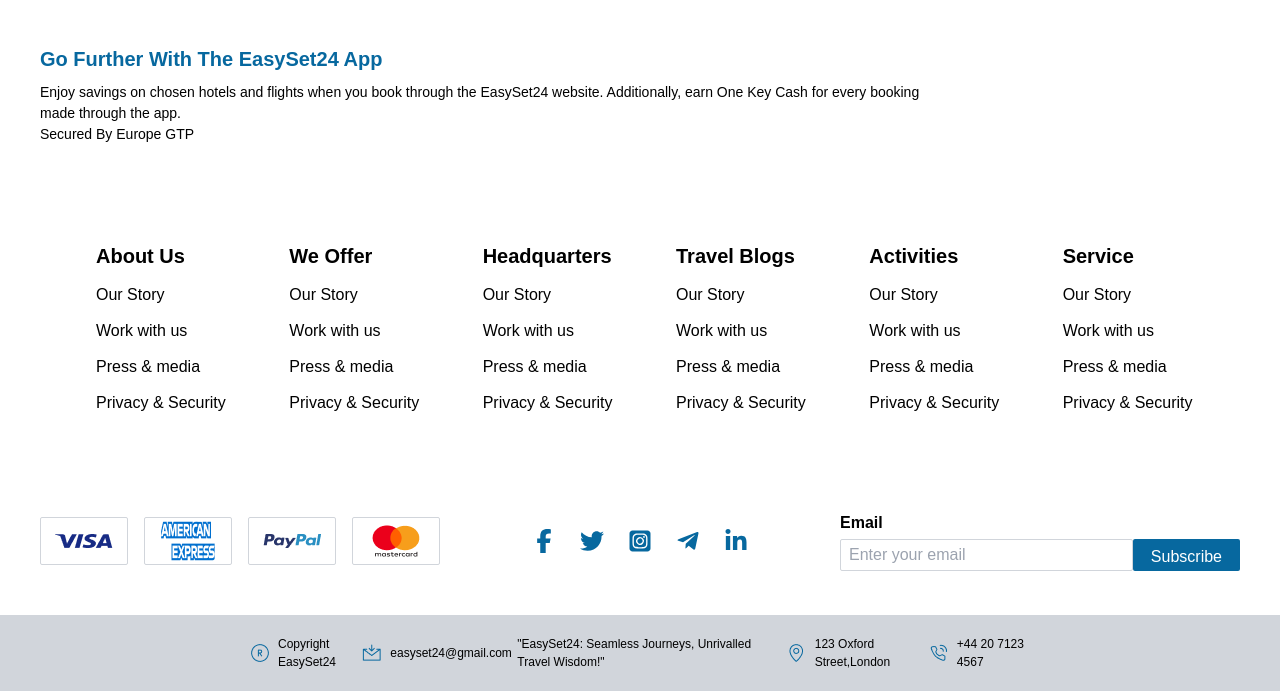
Repository: Quynhhuong150322/DIKO_STUDY_TRAVEL_WEB
Page: /
These files come from the project's save history. The page is drawn as it stood at one moment and after the next save; the edit follows.
The browser window is 1280 px wide. The pictures show the part of the page from y = 4838 to 5529 px (the page is 5529 px tall before and 5521 px after).
The project was rebuilt for these pictures with package versions that can differ from the ones it lists, and the page was loaded fresh each time. Also part of the build but not shown: src/components/Login.js, src/components/Register.js. Imported but missing from the stored project, and not drawn on this page: src/redux/slices/authSlice.

Above is the page before, as saved 2024-02-26 10:32:22.

### src/index.css
@tailwind base;
@tailwind components;
@tailwind utilities;

@import url("https://fonts.googleapis.com/css2?family=Poppins:wght@100;300;400;500;600&display=swap");

@layer base {
  html {
    font-family: "Poppins", sans-serif;
  }
  * {
    margin: 0;
    padding: 0;
    box-sizing: border-box;
    scroll-behavior: smooth;
    /* background-color: #F9F9F9; */
  }
}

@layer components {
  .max-container {
    max-width: 1260px;
    /* min-height: 100vh; */
    margin: 0 auto;
    padding: 0 30px;
    /* display: flex; */
    /* flex-direction: column; */
    justify-content: space-between;
  }
  .button {
    width: 189px;
    /* height: 40px; */
    border-style: solid;
    border-width: 2px;
    border-color: #07689F;
    color: #07689F;
  }
  .tabMenu {
    width: 121px;
    height: 40px;
    color: #D9D9D9;
    border-style: solid;
    border-width: 2px;
    border-color: #D9D9D9;
    color: #D9D9D9;
    border-radius: 9999px;
  }
  .tabSearch {
    /* max-width: 1190px; */
    height: 56px;
    border-style: solid;
    border-width: 1px;
    border-color: #D9D9D9;
    padding: 0 16px;
    font-size: 12px;
  }

}

### src/App.js
import React from "react";
import Navbar from "./components/Navbar";
import Footer from "./components/Footer";
import AppRoutes from "./routes/AppRoutes";
import { BrowserRouter as Router } from "react-router-dom";
import CopyRight from "./components/CopyRight";

const App = () => {
  return (
    <Router>
      <div className="">
        <div className="max-container">
          <Navbar />
        </div>
        <div>
          <AppRoutes />
        </div>
        <div className="max-container">
          <Footer />
        </div>
        <div >
          <CopyRight />
        </div>
      </div>
    </Router>
  );
};

export default App;

### src/redux/store.js
import { configureStore } from "@reduxjs/toolkit";
import authReducer from "./slices/authSlice";

export const store = configureStore({
  reducer: {
    users: authReducer,
  },
});

### src/components/Navbar.js
import React from 'react'
import Logo from '../assets/images/Header/Logo.png'
import EL from '../assets/images/Header/England.png'
import { FaRegQuestionCircle } from "react-icons/fa";
import { LuSearch } from "react-icons/lu";

const MenuData = [
    {
        id: 1,
        name: 'Trip',
    },
    {
        id: 2,
        name: '%Deals',
    },
    {
        id: 3,
        name: 'Hotel',
    },
    {
        id: 4,
        name: 'Flight',
    },
    {
        id: 5,
        name: 'Apartment',
    },
    {
        id: 6,
        name: 'Camper',
    },
]

const Navbar = () => {
    return (
        <div className='bg-neutral py-[24px]'>
            <div className="flex flex-col gap-10">
                {/* Header Section  */}
                <div className='flex gap-2 items-center'>
                    <img src={Logo} alt="" />
                    <div className='flex gap-7 items-center'>
                        <div className="flex gap-1 items-center">
                            <FaRegQuestionCircle className='text-primary' />
                            <img src={EL} alt="" className='w-7 h-7' />
                            {/* Search  */}
                            <div className="relative flex items-center">
                                <input
                                    type="text"
                                    placeholder="search"
                                    className="w-[605px] h-[32px] rounded-sm border border-gray-300 px-2 py-1 focus:outline-none focus:border-1 focus:border-primary"
                                />
                                <LuSearch className="text-gray-500 group-hover:text-primary absolute top-1/2 -translate-y-1/2 right-3 cursor-pointer" />
                            </div>
                        </div>
                        <div className='flex gap-2 items-center'>
                            <button className='button border-primary bg-neutral hover:scale-105 py-2 px-4 rounded-sm'>
                                Sing In
                            </button>
                            <button className='button border-primary bg-neutral hover:scale-105 py-2 px-4 rounded-sm'>
                                Register
                            </button>
                        </div>
                    </div>
                    <div>
                    </div>
                </div>
                {/* Upper Nav  */}
                <div className=''>
                    <div className=' '>
                        <ul className='flex justify-center gap-4'>
                            {
                                MenuData.map((data) => (
                                    <button key={data.id} className='text-pri tabMenu focus:bg-primary focus:text-white focus:font-bold focus:border-primary inline-block hover:text-primary' >
                                        {data.name}
                                    </button>
                                ))
                            }
                        </ul>
                    </div>
                </div>
            </div>
        </div>
    )
}

export default Navbar

### src/components/Footer.js
import React from 'react'
import img1 from '../assets/images/Footer/visa-logo.png'
import img2 from '../assets/images/Footer/Amex.png'
import img3 from '../assets/images/Footer/International.png'
import img4 from '../assets/images/Footer/Masterrcard.png'
import { FaFacebookF } from "react-icons/fa6";
import { FaTwitter } from "react-icons/fa";
import { FaSquareInstagram } from "react-icons/fa6";
import { FaTelegramPlane } from "react-icons/fa";
import { FaLinkedinIn } from "react-icons/fa6";
// import { CiMail } from "react-icons/ci";


const AboutUsList = [
  {
    id: 1,
    title: "Our Story",
    link: "/#",
  },
  {
    id: 2,
    title: "Work with us",
    link: "/#",
  },
  {
    id: 3,
    title: "Press & media",
    link: "/#",
  },
  {
    id: 4,
    title: "Privacy & Security",
    link: "/#",
  },
]
const ImgList = [
  {
    id: 1,
    img: img1,
  },
  {
    id: 2,
    img: img2,
  },
  {
    id: 3,
    img: img3,
  },
  {
    id: 4,
    img: img4,
  }
]
const IconsList = [
  {
    id: 1,
    icon: FaFacebookF,
  },
  {
    id: 2,
    icon: FaTwitter,
  },
  {
    id: 3,
    icon: FaSquareInstagram,
  },
  {
    id: 4,
    icon: FaTelegramPlane,
  },
  {
    id: 5,
    icon: FaLinkedinIn,
  },
]


const Footer = () => {
  return (
    <div className='py-11'>
      <div className='flex flex-col gap-16'>
        <div className='flex'>
          <div className='basis-9/12 flex flex-col gap-2'>
            <h2 className='font-bold text-primary text-xl'>
              Go Further With The EasySet24 App
            </h2>
            <div className='text-ba'>
              <p className=''>
                Enjoy savings on chosen hotels and flights when you book through the EasySet24 website. Additionally, earn One Key Cash for every booking made through the app.
              </p>
              <p >
                Secured By Europe GTP
              </p>
            </div>
          </div>
        </div>
        {/* footer menu  */}
        <div className='grid grid-cols-6 sm:grid-col col-span-2 md:pl-10'>
          <div className="py-8 px-4">
            <h1 className="sm:text-xl text-xl font-bold sm:text-left text-justify mb-3">
              About Us
            </h1>
            <ul className="flex flex-col gap-3">
              {AboutUsList.map((link) => (
                <li
                  className="cursor-pointer hover:text-primary hover:translate-x-1 duration-300 "
                  key={link.id}
                >
                  <span>{link.title}</span>
                </li>
              ))}
            </ul>
          </div>
          <div className="py-8 px-4">
            <h1 className="sm:text-xl text-xl font-bold sm:text-left text-justify mb-3">
              We Offer
            </h1>
            <ul className="flex flex-col gap-3">
              {AboutUsList.map((link) => (
                <li
                  className="cursor-pointer hover:text-primary hover:translate-x-1 duration-300 "
                  key={link.id}
                >
                  <span>{link.title}</span>
                </li>
              ))}
            </ul>
          </div>
          <div className="py-8 px-4">
            <h1 className="sm:text-xl text-xl font-bold sm:text-left text-justify mb-3">
              Headquarters
            </h1>
            <ul className="flex flex-col gap-3">
              {AboutUsList.map((link) => (
                <li
                  className="cursor-pointer hover:text-primary hover:translate-x-1 duration-300 "
                  key={link.id}
                >
                  <span>{link.title}</span>
                </li>
              ))}
            </ul>
          </div>
          <div className="py-8 px-4">
            <h1 className="sm:text-xl text-xl font-bold sm:text-left text-justify mb-3">
              Travel Blogs
            </h1>
            <ul className="flex flex-col gap-3">
              {AboutUsList.map((link) => (
                <li
                  className="cursor-pointer hover:text-primary hover:translate-x-1 duration-300 "
                  key={link.id}
                >
                  <span>{link.title}</span>
                </li>
              ))}
            </ul>
          </div>
          <div className="py-8 px-4">
            <h1 className="sm:text-xl text-xl font-bold sm:text-left text-justify mb-3">
              Activities
            </h1>
            <ul className="flex flex-col gap-3">
              {AboutUsList.map((link) => (
                <li
                  className="cursor-pointer hover:text-primary hover:translate-x-1 duration-300 "
                  key={link.id}
                >
                  <span>{link.title}</span>
                </li>
              ))}
            </ul>
          </div>
          <div className="py-8 px-4">
            <h1 className="sm:text-xl text-xl font-bold sm:text-left text-justify mb-3">
              Service
            </h1>
            <ul className="flex flex-col gap-3">
              {AboutUsList.map((link) => (
                <li
                  className="cursor-pointer hover:text-primary hover:translate-x-1 duration-300 "
                  key={link.id}
                >
                  <span>{link.title}</span>
                </li>
              ))}
            </ul>
          </div>
        </div>
        {/* footer logo  */}
        <div>
          <div className='grid grid-cols-3'>
            <div className='flex gap-4 items-center '>
              {
                ImgList.map((data) => (
                  <div className='border rounded-sm border-gray-300 w-[89.25px] h-[48px] flex justify-center items-center'>
                    <img src={data.img} alt=""></img>
                  </div>
                ))
              }
            </div>
            <div className='text-primary flex gap-6 text-xxl items-center justify-center' >
              {IconsList.map((data) => (
                <div key={data.id}>
                  <data.icon />
                </div>
              ))}
            </div>
            <div className='flex flex-col gap-1'>
              <h3 className='font-bold '>Email</h3>
              <div className='flex '>
                <input
                  type="text"
                  placeholder="Enter your email"
                  className="basis-10/12 h-[32px] rounded-sm border border-gray-300 px-2 py-1 focus:outline-none focus:border-1 focus:border-primary"
                />
                <button className='basis-1/4 h-[32px] button border-primary py-1 px-4 rounded-sm bg-primary text-white'>
                  Subscribe
                </button>
              </div>
            </div>
          </div>
        </div>
      </div>
    </div>
  )
}

export default Footer

### src/routes/AppRoutes.js
import React from "react";
import { Switch, Route } from "react-router-dom";
import Login from "../components/Login";
import Register from "../components/Register";
import Langding from "../pages/LangdingPage/Langding";
const AppRoutes = () => {
  return (
    <div>
      <Switch>
        <Route path="/login">
          <Login />
        </Route>
        <Route path="/register">
          <Register />
        </Route>
        <Route path="/" exact>
          <Langding />
        </Route>
        <Route path="*">
          <div className="">404 not Error...</div>
        </Route>
      </Switch>
    </div>
  );
};

export default AppRoutes;

### src/components/CopyRight.js
import React from 'react'
import iconEmail from '../assets/images/Footer/icons/copyright.png'
import iconEmail2 from '../assets/images/Footer/icons/email-down.png'
import iconEmail3 from '../assets/images/Footer/icons/local-two.png'
import iconEmail4 from '../assets/images/Footer//icons/phone-call.png'

const CopyrightList = [
    {
        id: 1,
        icons: iconEmail,
        title: 'Copyright EasySet24',
    },
    {
        id: 2,
        icons: iconEmail2,
        title: 'easyset24@gmail.com',
    },
    {
        id: 3,
        icons: '',
        title: '"EasySet24: Seamless Journeys, Unrivalled Travel Wisdom!"',
    },
    {
        id: 4,
        icons: iconEmail3,
        title: '123 Oxford Street,London',
    },
    {
        id: 5,
        icons: iconEmail4,
        title: '+44 20 7123 4567',
    },
]

const CopyRight = () => {
    return (
        <div>
            <div className='bg-gray-300 py-5 px-[250px]'>
                <div className='text-black flex gap-2 text-sm items-center justify-between' >
                    {CopyrightList.map((data) => (
                        <div className='flex flex-row gap-2 items-center justify-center' key={data.id}>
                            <img src={data.icons} alt="" />
                            <p >{data.title}</p>
                        </div>
                    ))}
                </div>
            </div>
        </div>
    )
}

export default CopyRight

### src/pages/LangdingPage/Langding.js
import React from 'react'
import Picture from '../../assets/images/LangdingPage/Picture.png'
import { LuHotel } from "react-icons/lu";
import { IoCalendarOutline } from "react-icons/io5";
import { SlArrowDown } from "react-icons/sl";
import { FiUserPlus } from "react-icons/fi";
import Img1 from "../../assets/images/LangdingPage/SpecialOffers/Photo 1.png";
import Img2 from "../../assets/images/LangdingPage/SpecialOffers/Photo 2.png"
import Img3 from "../../assets/images/LangdingPage/SpecialOffers/Photo 3.png"
import Img4 from "../../assets/images/LangdingPage/SpecialOffers/Photo 4.png"
import Img5 from "../../assets/images/LangdingPage/SpecialOffers/Photo 5.png"
import Img6 from "../../assets/images/LangdingPage/SpecialOffers/Photo 6.png"
import Img7 from "../../assets/images/LangdingPage/ExploreStays/Image1.jpg"
import Img8 from "../../assets/images/LangdingPage/ExploreStays/Image2.jpg"
import Img9 from "../../assets/images/LangdingPage/ExploreStays/Image3.jpg"
import Footer from "../../assets/images/LangdingPage/Footer.jpeg"
// import Img11 from "../../assets/images/LangdingPage/SpecialOffers/Photo 6.png"



const BannerImg = {
  backgroundImage: `url(${Picture})`,
  backgroundPosition: "center",
  backgroundRepeat: "no-repeat",
  backgroundSize: "cover",
  height: "394px",
  width: "100%",
};
const FooterImg = {
  backgroundImage: `url(${Footer})`,
  backgroundPosition: "center",
  backgroundRepeat: "no-repeat",
  backgroundSize: "cover",
  height: "394px",
  width: "100%",
}
const ListMenu = [
  {
    id: 1,
    name: "All",
  },
  {
    id: 2,
    name: "Hotels",
  },
  {
    id: 3,
    name: "Flights",
  },
  {
    id: 4,
    name: "Multi",
  }
]

const ListImage = [
  {
    id: 1,
    img: Img1,
  },
  {
    id: 2,
    img: Img2,
  },
  {
    id: 3,
    img: Img3,
  },
  {
    id: 4,
    img: Img4,
  },
  {
    id: 5,
    img: Img5,
  },
  {
    id: 6,
    img: Img6,
  },
]
const ListCard = [
  {
    id: 1,
    img: Img1,
    location: "Berlin",
    side: "SIDE",
    time: "Wed 25 Jan-Fri 27 Jan",
    title: "A tour of the city and its surroundings led by a professional guide ..."
  },
  {
    id: 2,
    img: Img2,
    location: "Paris",
    side: "SIDE",
    time: "Wed 25 Jan-Fri 27 Jan",
    title: "A tour of the city and its surroundings led by a professional guide ..."

  },
  {
    id: 3,
    img: Img3,
    location: "Madrid",
    side: "SIDE",
    time: "Wed 25 Jan-Fri 27 Jan",
    title: "A tour of the city and its surroundings led by a professional guide ..."

  },
  {
    id: 4,
    img: Img4,
    location: "Barcelona",
    side: "SIDE",
    time: "Wed 25 Jan-Fri 27 Jan",
    title: "A tour of the city and its surroundings led by a professional guide ..."

  },
  {
    id: 5,
    img: Img5,
    location: "Rom",
    side: "SIDE",
    time: "Wed 25 Jan-Fri 27 Jan",
    title: "A tour of the city and its surroundings led by a professional guide ..."

  },
  {
    id: 6,
    img: Img6,
    location: "Milan",
    side: "SIDE",
    time: "Wed 25 Jan-Fri 27 Jan",
    title: "A tour of the city and its surroundings led by a professional guide ..."

  },
  {
    id: 7,
    img: Img7,
    location: "Istanbul",
    side: "SIDE",
    time: "Wed 25 Jan-Fri 27 Jan",
    title: "A tour of the city and its surroundings led by a professional guide ..."

  },
  {
    id: 8,
    img: Img8,
    location: "Dubai",
    side: "SIDE",
    time: "Wed 25 Jan-Fri 27 Jan",
    title: "A tour of the city and its surroundings led by a professional guide ..."

  },
  {
    id: 9,
    img: Img9,
    location: "Amesterdam",
    side: "SIDE",
    time: "Wed 25 Jan-Fri 27 Jan",
    title: "A tour of the city and its surroundings led by a professional guide ..."

  },
  {
    id: 10,
    img: Img1,
    location: "New York",
    side: "SIDE",
    time: "Wed 25 Jan-Fri 27 Jan",
    title: "A tour of the city and its surroundings led by a professional guide ..."

  },
  {
    id: 11,
    img: Img2,
    location: "Marollca",
    side: "SIDE",
    time: "Wed 25 Jan-Fri 27 Jan",
    title: "A tour of the city and its surroundings led by a professional guide ..."

  },
  {
    id: 12,
    img: Img3,
    location: "Teneriffa",
    side: "SIDE",
    time: "Wed 25 Jan-Fri 27 Jan",
    title: "A tour of the city and its surroundings led by a professional guide ..."

  },
]

const Langding = () => {
  return (
    <div >
      {/* Discover Trip  */}
      <div className=' background ' style={BannerImg}>
        <div className=' '>
          <h1 className='text-3xl w-1/3 font-bold text-white bg-opacity-0'>
            Discover Your Trip Worldwide !
          </h1>
          <div class="flex flex-row  bg-white">
            <div class="basis-1/4 tabSearch flex gap-9 items-center">
              <LuHotel className='text-primary' size={24} />
              <p className=''>
                Where Are you Going to?
              </p>
            </div>
            <div class="basis-1/4 tabSearch flex gap-6 items-center">
              <IoCalendarOutline size={24} className='text-primary' />
              <p className=''>
                Check In Date
              </p>
              <p className=''>
                Check Out Date
              </p>
            </div>
            <div class="basis-1/3 tabSearch flex gap-8 items-center">
              <FiUserPlus size={24} className='text-primary' />
              <p className=''>
                Adults 2
              </p>
              <p className=''>
                Children 3
              </p>
              <p className=''>
                Room
              </p>
              <SlArrowDown size={24} className='text-primary' />
            </div>
            <div class="basis-1/6  tabSearch bg-primary flex justify-center items-center">
              <p className='font-bold text-white'>Search</p>
            </div>
          </div>
        </div>
      </div>
      {/* Special Offers */}
      <div className='max-container py-6'>
        {/* checkbox  */}
        <div className='flex flex-col gap-6 py-6'>
          <h2 className='text-2xl font-bold'>Special Offers</h2>
          <div className='flex '>
            <div className='flex justify-center items-center gap-2'>
              {
                ListMenu.map((data) => (
                  <><input
                    type="checkbox"
                    className="w-[24px] h-[24px] border border-gray-300 px-2 py-1 focus:outline-none focus:border-1 focus:border-primary" />
                    <label for="checkbox" className='text-base'>{data.name}</label>
                  </>
                ))
              }
            </div>
          </div>
        </div>
        {/* image  */}
        <div>
          <div className='grid grid-cols-3 gap-2'>
            {
              ListImage.map((data) => (
                <img src={data.img} alt="" className='w-full h-full' />
              ))
            }
          </div>
        </div>
      </div>

      {/* Explore Stays In Trending Destinations  */}
      <div className='max-container py-6'>
        <div className='flex flex-col gap-4 py-6'>
          <h2 className='text-2xl font-bold'>Explore Stays In Trending Destinations</h2>
          <p>Find Hot Stays!</p>
        </div>
        {/* ImageCard */}
        <div className='grid grid-cols-4 place-items-center gap-5 '>
          {
            ListCard.map((data) => (
              <div className='flex flex-col gap-4 border rounded-sm border-gray-300 p-1'>
                <img src={data.img} alt="" className=' h-[272px] w-full object-cover rounded-sm'>
                </img>
                <div className='flex flex-col gap-4 pb-4'>
                  <div className=''>
                    <p className='text-xl font-semibold'>{data.location}</p>
                    <p className='text-base text-gray-500/100 font-semibold'>{data.side}</p>
                  </div>
                  <p className='text-sm font-medium'>{data.time}</p>
                  <p className='text-l font-light'>{data.title}</p>
                </div>
              </div>
            ))
          }
        </div>
      </div>
      <div className='max-container py-20'>
        <div className='flex flex-col gap-4 py-6'>
          <h2 className='text-2xl font-bold'>Compare The Highest Reviewed Past Offers </h2>
          <p>Browse By Type</p>
        </div>
        <div className='grid grid-cols-4 place-items-center gap-5 '>
          {
            ListCard.map((data) => (
              <div className='flex flex-col gap-4 border rounded-sm border-gray-300 p-1'>
                <img src={data.img} alt="" className=' h-[272px] w-full object-cover rounded-sm'>
                </img>
                <div className='flex flex-col gap-2 pb-2'>
                  <div className=''>
                    <p className='text-xl font-semibold'>{data.location}</p>
                    {/* <p className='text-base text-gray-500/100 font-semibold'>{data.side}</p> */}
                  </div>
                  {/* <p className='text-sm font-medium'>{data.time}</p> */}
                  {/* <p className='text-l font-light'>{data.title}</p> */}
                </div>
              </div>
            ))
          }
        </div>
      </div>
      {/* Banner Footer  */}
      <div className=' background ' style={FooterImg}>

      </div>
    </div>
  )
}

export default Langding

### tailwind.config.js
/** @type {import('tailwindcss').Config} */
module.exports = {
  content: ["./src/**/*.{js,jsx,ts,tsx}"],
  theme: {
    extend: {
      colors: {
        primary: "#07689F",
        secondary: "#D9D9D9",
        neutral: "#F9F9F9",
        pri: "#A6A6A6",
      },
      fontSize: {
        sm: '12px',
        'ba': '14px',
        base: '16px',
        'l': '10px',
        xl: '20px',
        'xxl': '24px',
        '2xl': '32px',
        '3xl': '40px',
        '4xl': '44px',
        // '5xl': '3.052rem',
      },
    },
  },
  plugins: [],
};

Loaded but not shown: public/index.html (common file); src/index.js (common file); src/reportWebVitals.js (common file)

After the next save:
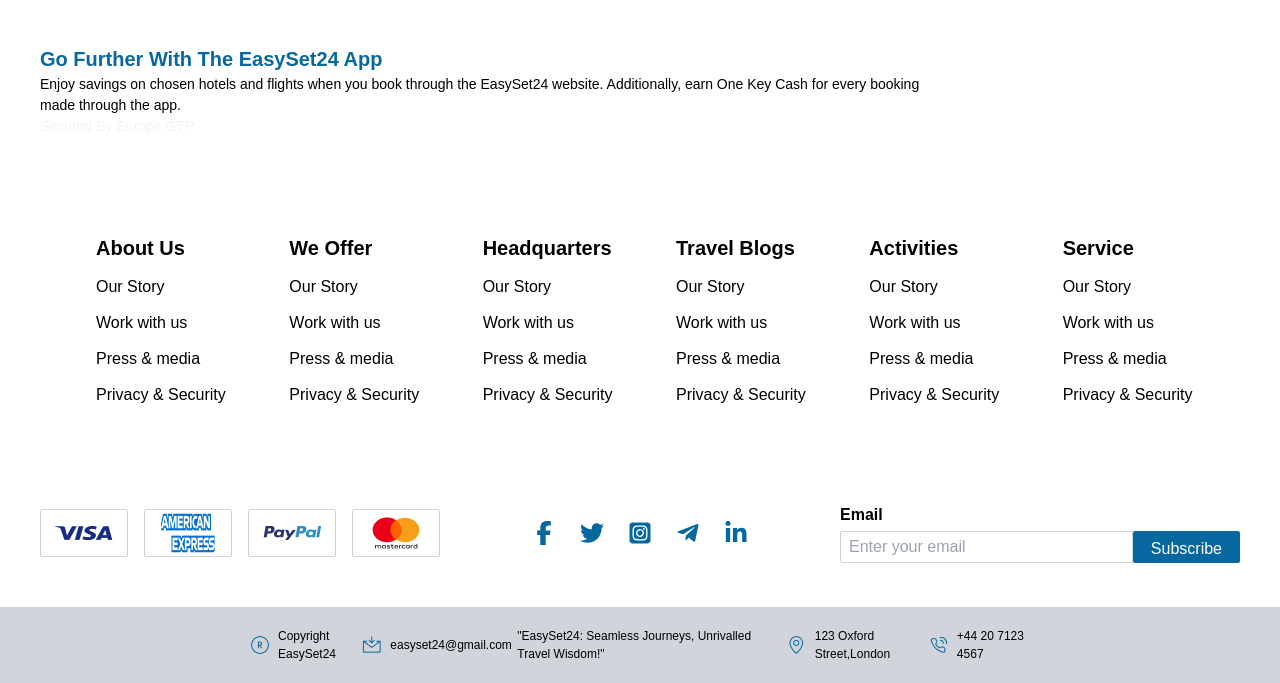
Saved 86 s later.
--- a/src/components/Footer.js
+++ b/src/components/Footer.js
@@ -80,18 +80,16 @@ const Footer = () => {
     <div className='py-11'>
       <div className='flex flex-col gap-16'>
         <div className='flex'>
-          <div className='basis-9/12 flex flex-col gap-2'>
+          <div className='basis-9/12'>
             <h2 className='font-bold text-primary text-xl'>
               Go Further With The EasySet24 App
             </h2>
-            <div className='text-ba'>
-              <p className=''>
-                Enjoy savings on chosen hotels and flights when you book through the EasySet24 website. Additionally, earn One Key Cash for every booking made through the app.
-              </p>
-              <p >
-                Secured By Europe GTP
-              </p>
-            </div>
+            <p className='text-ba '>
+              Enjoy savings on chosen hotels and flights when you book through the EasySet24 website. Additionally, earn One Key Cash for every booking made through the app.
+            </p>
+            <p className='text-ba text-black/5'>
+              Secured By Europe GTP
+            </p>
           </div>
         </div>
         {/* footer menu  */}
